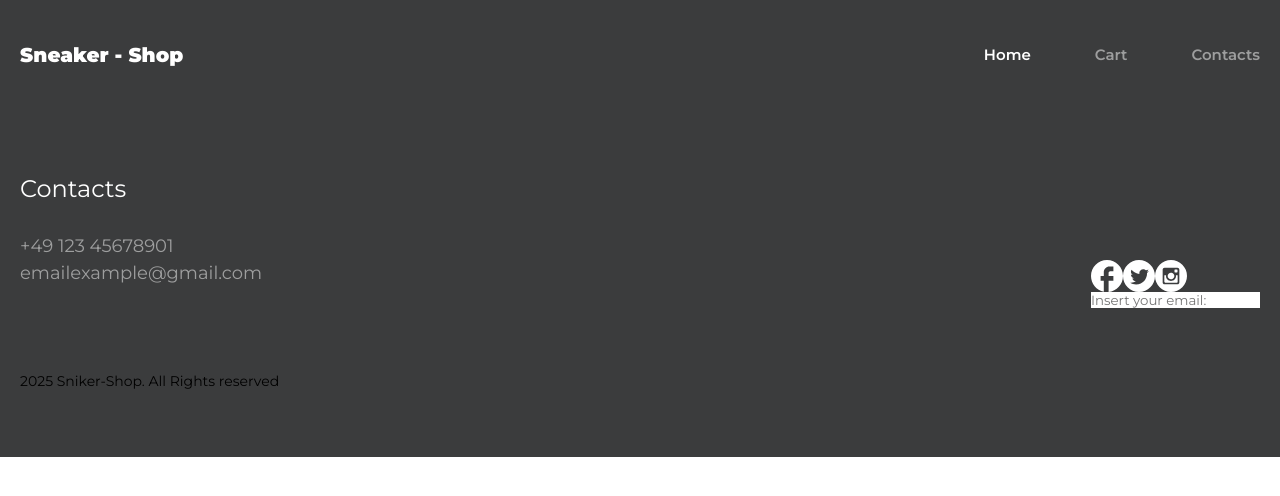
Repository: IstratiiNik/sneaker-shop
Page: /
An editor plug-in stored every save of this project. The page is shown before and after a run of saves, followed by the edit.
The browser window is 1280 px wide. The pictures show the whole page.
The project was rebuilt for these pictures with package versions that can differ from the ones it lists, and the page was loaded fresh each time. Also part of the build but not shown: vite.config.js.

Above is the page before, as saved 2025-07-01 14:21:01.

After the next 2 saves:
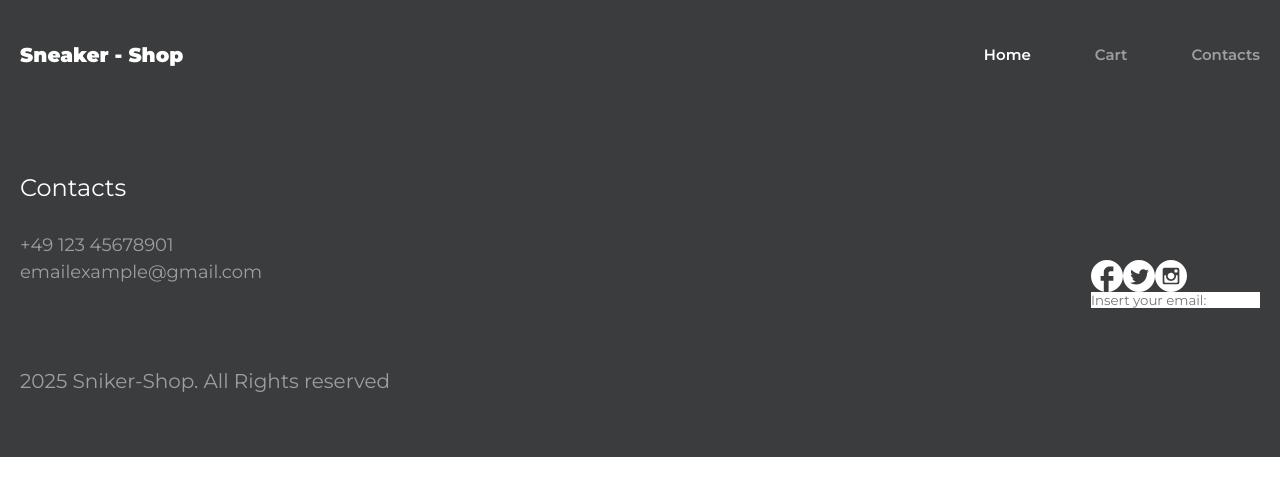
The 2 saves are shown as one change because they came seconds apart.
The last was saved 10 s later.
--- a/src/components/Footer/Footer.module.scss
+++ b/src/components/Footer/Footer.module.scss
@@ -33,7 +33,13 @@
     line-height: 81%;
   }
   p {
-
+    color: rgba(255, 255, 255, 0.5);
+    font-family: Montserrat;
+    font-size: 20px;
+    font-weight: 400;
+    line-height: 81%;
+    letter-spacing: 0%;
+    text-align: left;
   }
 }
 
